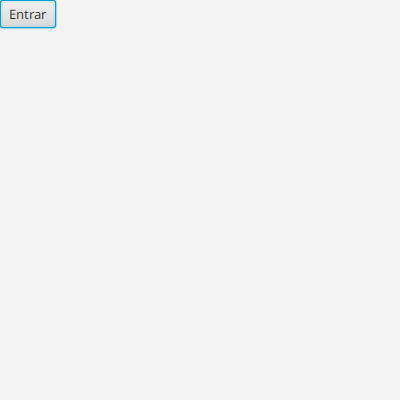
Repository: AlanVidalll/Curso-Java-Completo
Program's window: java exercicios-javafx/src/fxmll/AppFXML.java
An editor plug-in stored every save of this project. The program's window is shown before and after a run of saves, followed by the edit.
It runs on Java 21 on a 1366 x 768 screen with JavaFX 11; the title bar is not drawn.

Above is the program's window before, as saved 2020-04-12 12:40:42.

### exercicios-javafx/src/fxmll/AppFXML.java
package fxmll;

import java.net.URL;

import javafx.application.Application;
import javafx.fxml.FXMLLoader;
import javafx.scene.Scene;
import javafx.scene.layout.GridPane;
import javafx.stage.Stage;

public class AppFXML extends Application{

	@Override
	public void start(Stage primaryStage) throws Exception {
		URL arquivoFXML = getClass().getResource("/fxmll/Login.fxml");
        GridPane rais = FXMLLoader.load(arquivoFXML);

		Scene cena = new Scene(rais,400,400);

		primaryStage.setResizable(false);
		primaryStage.setTitle("Tela de Login");
		primaryStage.setScene(cena);
		primaryStage.show();
	}

	public static void main(String[] args) {
		launch(args);
	}

}

### exercicios-javafx/src/fxmll/Login.fxml
<?xml version="1.0" encoding="UTF-8"?>

<?import javafx.scene.layout.*?>
<?import javafx.scene.control.*?>

<GridPane xmlns:fx="http://javafx.com/fxml/1">

	<Button text="Entrar"></Button>
</GridPane>

After the next 2 saves:
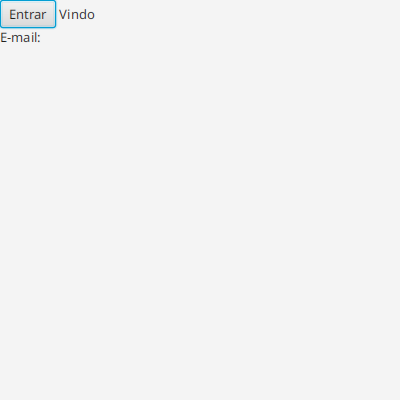
The 2 saves are shown as one change because 1 did not build or start.
The last was saved 94 s later.
--- a/exercicios-javafx/src/fxmll/Login.fxml
+++ b/exercicios-javafx/src/fxmll/Login.fxml
@@ -5,5 +5,14 @@
 
 <GridPane xmlns:fx="http://javafx.com/fxml/1">
 
-	<Button text="Entrar"></Button>
+<Label text="Seja Bem Vindo"
+		GridPane.columnIndex="0" GridPane.rowIndex="0"
+		 GridPane.columnSpan="2" GridPane.halignment= "CENTER">
+		 </Label>
+
+	<Label text="E-mail:"
+		GridPane.columnIndex="0" GridPane.rowIndex="1"></Label>
+
+	<Button text="Entrar">
+	</Button>
 </GridPane>
